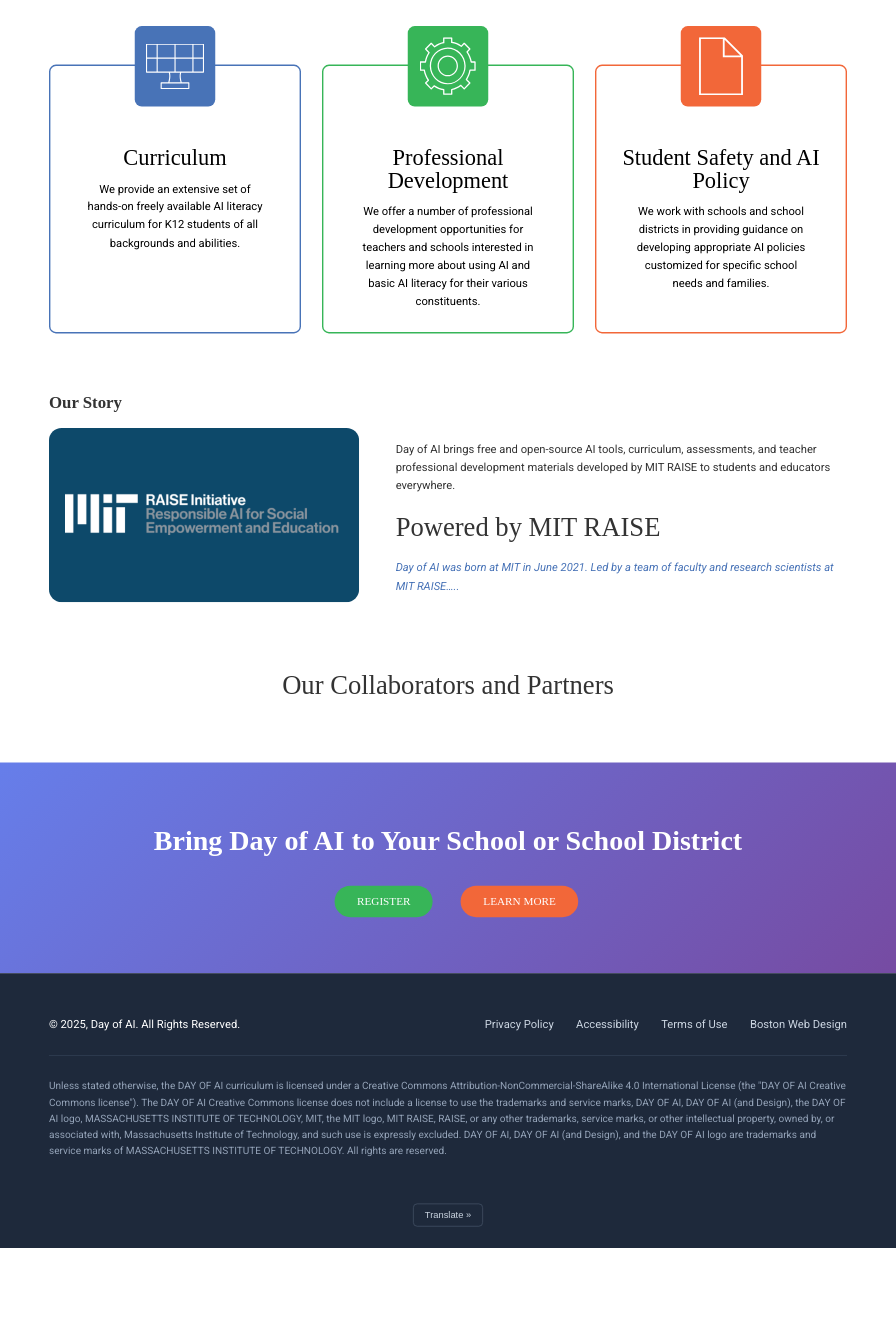
Repository: dinhtri123/dayofai
Page: index.html
An editor plug-in stored every save of this project. The page is shown before and after the next save, followed by the edit.
The browser window is 1280 px wide. The pictures show the part of the page from y = 1496 to 3416 px (the page is 3394 px tall before and 3416 px after), at 70% of full size.
A picture or video elsewhere on the page could not be fetched, so the positions and the page height are approximate. Some web fonts or font styles are not loaded; a fallback is used.

Above is the page before, as saved 2025-06-29 19:21:28.

### index.html
<!DOCTYPE html>
<html lang="en">

<head>
  <meta charset="UTF-8">
  <meta name="viewport" content="width=device-width, initial-scale=1.0">
  <title>Day of AI - AI is for everyone</title>
  <link rel="stylesheet" href="styles.css">
  <link rel="preconnect" href="https://fonts.googleapis.com">
  <link rel="preconnect" href="https://fonts.gstatic.com" crossorigin>
  <link href="https://fonts.googleapis.com/css2?family=Gugi&family=Roboto:ital,wght@0,100..900;1,100..900&display=swap"
    rel="stylesheet">
  <link rel="stylesheet" href="https://cdnjs.cloudflare.com/ajax/libs/font-awesome/6.0.0/css/all.min.css">
</head>

<body>
  <!-- Header -->
  <header class="header">
    <nav class="navbar container">
      <div class="nav-container">
        <div class="nav-logo">
          <img src="./images/logo.svg" alt="Day of AI Logo">
        </div>

        <div class="header-main">
          <div class="header-search">
            <i class="fa-solid fa-magnifying-glass"></i>
            <input type="search" name="search" id="search" placeholder="SEARCH">
          </div>
          <div class="header-menu">
            <ul class="nav-menu">
              <li class="nav-item dropdown">
                <a href="#" class="nav-link">Teachers <i class="fa-solid fa-caret-down"></i></a>
                <ul class="dropdown-menu">
                  <li><a href="#">Curriculum</a></li>
                  <li><a href="#">Seasonal and Monthly Activities</a></li>
                  <li><a href="#">Professional Development</a></li>
                  <li><a href="#">Family Resources</a></li>
                </ul>
              </li>
              <li class="nav-item dropdown">
                <a href="#" class="nav-link">School Administrators <i class="fa-solid fa-caret-down"></i></a>
                <ul class="dropdown-menu">
                  <li><a href="#">Professional Development</a></li>
                  <li><a href="#">Curriculum</a></li>
                  <li><a href="#">Student Safety & AI Policy</a></li>
                  <li><a href="#">Family Resources</a></li>
                </ul>
              </li>
              <li class="nav-item">
                <a href="#" class="nav-link">International</a>
              </li>
              <li class="nav-item">
                <a href="#" class="nav-link">Partners</a>
              </li>
              <li class="nav-item dropdown">
                <a href="#" class="nav-link">About Us <i class="fa-solid fa-caret-down"></i></a>
                <ul class="dropdown-menu">
                  <li><a href="#">Our Team</a></li>
                  <li><a href="#">Our Story</a></li>
                  <li><a href="#">FAQ</a></li>
                  <li><a href="#">News & Impact</a></li>
                </ul>
              </li>
              <li class="nav-item">
                <a href="#" class="nav-link">Contact Us</a>
              </li>
            </ul>
            <div class="nav-buttons">
              <button class="btn btn-primary">Register</button>
            </div>
          </div>
        </div>


        <div class="hamburger">
          <span class="icon-menu">
            <i class="fa-solid fa-bars"></i>
          </span>
          <span class="icon-close">
            <i class="fa-solid fa-xmark"></i>
          </span>
        </div>
      </div>
    </nav>
  </header>

  <main>
    <!-- Hero Section -->
    <section class="hero">
      <div class="hero-video">
        <video src="./images/hero-video-short2.mp4" autoplay muted loop></video>
      </div>
      <div class="container">
        <div class="hero-content">
          <h1 class="hero-title">AI is for everyone.</h1>
          <p class="hero-subtitle">Empower your school and your students to thrive in a world of AI!</p>
          <div class="hero-bottom">
            <h3>Day of AI + Common Sense Media Have Teamed Up for Families!</h3>
            <button class="btn btn-primary">Learn More</button>
          </div>
        </div>
      </div>
    </section>
    <section class="section-desc">
      <div class="container">
        <div class="content-grid">
          <div class="content-item">
            <h2>Day of AI isn't just one day</h2>
            <p>—it's your day to explore AI whenever it fits your schedule! Whether a single lesson or a full event, Day
              of AI can be run at your school over a day, week, month, or year. Feel free to contact us to help you
              decide
              how to bring AI literacy to your students!</p>
          </div>

          <div class="content-item">
            <h2>We work with schools and school districts to:</h2>
            <div class="services-grid">
              <div class="service-card">
                <h3>Create AI literacy programs for all school stakeholders, including students, teachers,
                  administrators,
                  and families.</h3>
                  <img src="./images/line1.webp" alt="">
              </div>
              <div class="service-card">
                <h3>Train and educate teachers on how to use AI and AI-enabled tools to support their work.</h3>
                <img src="./images/line2.webp" alt="">
              </div>
              <div class="service-card">
                <h3>Ensure student safety by developing responsible and equitable AI policies in their school.</h3>
                <img src="./images/line3.webp" alt="">
              </div>
            </div>
          </div>
        </div>
      </div>
    </section>

    <!-- Features Section -->
    <section class="features">
      <div class="container">
        <div class="features-grid">
          <div class="feature-card">
            <div class="feature-icon">
              <img src="./images/service-icon1.svg" alt="">
            </div>
            <h3>Curriculum</h3>
            <p>We provide an extensive set of hands-on freely available AI literacy curriculum for K12 students of all
              backgrounds and abilities.</p>
          </div>

          <div class="feature-card">
            <div class="feature-icon">
              <img src="./images/service-icon2.svg" alt="">
            </div>
            <h3>Professional Development</h3>
            <p>We offer a number of professional development opportunities for teachers and schools interested in
              learning
              more about using AI and basic AI literacy for their various constituents.</p>
          </div>

          <div class="feature-card">
            <div class="feature-icon">
              <img src="./images/service-icon3.svg" alt="">
            </div>
            <h3>Student Safety and AI Policy</h3>
            <p>We work with schools and school districts in providing guidance on developing appropriate AI policies
              customized for specific school needs and families.</p>
          </div>
        </div>
      </div>
    </section>

    <!-- About Section -->
    <section class="about">
      <div class="container">
        <div class="about-content">
          <h2>Our Story</h2>
          <div class="about-inner">
            <div>
              <img src="./images/Raise-2-1.webp" alt="">
            </div>
            <div>
              <p>Day of AI brings free and open-source AI tools, curriculum, assessments, and teacher professional development materials developed by MIT RAISE to students and educators everywhere.</p>
              <h3>Powered by MIT RAISE</h3>
              <a href="">Day of AI was born at MIT in June 2021. Led by a team of faculty and research scientists at MIT RAISE…..</a>
            </div>
          </div>
        </div>
      </div>
    </section>
    <!-- Partners Section -->
    <section class="partners">
      <div class="container">
        <h2 class="title-common">Our Collaborators and Partners</h2>

      </div>
    </section>
    <!-- CTA Section -->
    <section class="cta">
      <div class="container">
        <div class="cta-content">
          <h2>Bring Day of AI to Your School or School District</h2>
          <div class="cta-buttons">
            <button class="btn btn-primary">Register</button>
            <button class="btn btn-secondary">Learn More</button>
          </div>
        </div>
      </div>
    </section>
  </main>

  <!-- Footer -->
  <footer class="footer">
    <div class="container">
      <div class="footer-content">
        <div class="footer-section">
          <p>&copy; 2025, Day of AI. All Rights Reserved.</p>
          <div class="footer-links">
            <a href="#">Privacy Policy</a>
            <a href="#">Accessibility</a>
            <a href="#">Terms of Use</a>
            <a href="#">Boston Web Design</a>
          </div>
        </div>

        <div class="footer-legal">
          <p>Unless stated otherwise, the DAY OF AI curriculum is licensed under a Creative Commons
            Attribution-NonCommercial-ShareAlike 4.0 International License (the "DAY OF AI Creative Commons license").
            The DAY OF AI Creative Commons license does not include a license to use the trademarks and service marks,
            DAY OF AI, DAY OF AI (and Design), the DAY OF AI logo, MASSACHUSETTS INSTITUTE OF TECHNOLOGY, MIT, the MIT
            logo, MIT RAISE, RAISE, or any other trademarks, service marks, or other intellectual property, owned by, or
            associated with, Massachusetts Institute of Technology, and such use is expressly excluded. DAY OF AI, DAY
            OF AI (and Design), and the DAY OF AI logo are trademarks and service marks of MASSACHUSETTS INSTITUTE OF
            TECHNOLOGY. All rights are reserved.</p>
        </div>

        <div class="footer-translate">
          <button class="translate-btn">Translate »</button>
        </div>
      </div>
    </div>
  </footer>

  <script src="script.js"></script>
</body>

</html>

### styles.css
:root {
  --font-family: "Roboto", sans-serif;
  --font-secondary: "Gugi", cursive;
  --color-primary: #4873b7;
  --color-secondary: #37b558;
  --color-third: #f26739;
}
* {
  margin: 0;
  padding: 0;
  box-sizing: border-box;
}

body {
  font-family: var(--font-family);
  line-height: 1.6;
  color: #333;
  overflow-x: hidden;
}

.container {
  max-width: 1170px;
  margin: 0 auto;
  padding: 0 15px;
}
h1,h2,h3,h4,h5,h6{
  font-family: var(--font-secondary);
}

/* Header Styles */
.header {
  background: #fff;
  box-shadow: 0 2px 10px rgba(0, 0, 0, 0.1);
  width: 100%;
}
.header-main {
  display: flex;
  flex-direction: column;
  flex: 1;
}
.header-search {
  display: flex;
  align-items: center;
  justify-content: end;
  border-bottom: 1px solid var(--color-primary);
  height: 35px;
}
.header-search input {
  border: none;
  outline: none;
  width: 100px;
  max-width: 300px;
  height: 100%;
  padding: 0 10px;
  transition: width 1s linear;
}
.header-search i {
  color: var(--color-secondary);
}

.navbar {
  padding: 10px 15px;
}

.nav-container {
  display: flex;
  justify-content: space-between;
  align-items: center;
}
.nav-logo {
  max-width: 160px;
  width: 100%;
  height: auto;
}

.nav-logo img {
  max-width: 90px;
  width: 100%;
  height: auto;
}

.header-menu {
  display: flex;
  align-items: center;
  justify-content: end;
  flex-wrap: wrap;
}
.nav-menu {
  display: flex;
  list-style: none;
  align-items: center;
}

.nav-item {
  position: relative;
}

.nav-link {
  text-decoration: none;
  color: #333;
  font-weight: 500;
  padding: 20px 16px;
  transition: color 0.3s ease;
  display: flex;
  align-items: center;
  gap: 5px;
}

.nav-link:hover {
  color: #2563eb;
}
.nav-link i {
  color: var(--color-primary);
}

.dropdown-menu {
  position: absolute;
  top: 100%;
  left: 0;
  background: #fff;
  box-shadow: 0 4px 20px rgba(0, 0, 0, 0.15);
  border-radius: 8px;
  min-width: 250px;
  width: max-content;
  opacity: 0;
  visibility: hidden;
  transform: translateY(-10px);
  transition: all 0.3s ease;
  list-style: none;
  overflow: hidden;
}

.dropdown:hover .dropdown-menu {
  opacity: 1;
  visibility: visible;
  transform: translateY(0);
}

.dropdown-menu li a {
  display: block;
  padding: 0.75rem 1.5rem;
  color: #333;
  text-decoration: none;
  transition: background-color 0.2s ease;
}

.dropdown-menu li a:hover {
  background-color: var(--color-primary);
  color: #fff;
}

.btn {
  display: flex;
  align-items: center;
  margin-left: 24px;
  font-family: var(--font-secondary);
  background-color: var(--color-secondary);
  color: #fff;
  padding: 0px 32px;
  border-radius: 30px;
  min-height: 45px;
  text-transform: uppercase;
  border: none;
  line-height: 1;
  font-size: 16px;
  transition: all 0.3s ease;
}
.btn-primary {
  background-color: var(--color-secondary);
}
.btn-primary:hover {
  background-color: var(--color-third);
}
.btn-secondary {
  background-color: var(--color-third);
  color: white;
}
.btn-secondary:hover {
  background-color: var(--color-secondary);
}
.bth-third {
  background: transparent;
  color: white;
  border: 1px solid white;
}
.bth-third:hover {
  background-color: var(--color-secondary);
}
.hamburger {
  display: none;
  flex-direction: column;
  cursor: pointer;
}
.hamburger i {
  font-size: 20px;
  color: black;
}

/* Hero Section */
.hero {
  color: #fff;
  position: relative;

  text-align: center;
}
.hero-content {
  position: relative;
  z-index: 1;
  min-height: 500px;
  display: flex;
  flex-direction: column;
  align-items: center;
  justify-content: center;
}
.hero-video {
  position: absolute;
  top: 0;
  left: 0;
  width: 100%;
  height: 100%;
  z-index: -1;
  overflow: hidden;
}
.hero-video::before {
  content: "";
  position: absolute;
  top: 0;
  left: 0;
  width: 100%;
  height: 100%;
  background: rgba(0, 0, 0, 0.5);
}
.hero-video video {
  width: 100%;
}

.hero-title {
  font-size: 64px;
  font-family: var(--font-secondary);
  font-weight: 700;
  margin-bottom: 8px;
  line-height: 1.2;
}

.hero-subtitle {
  font-size: 30px;
  max-width: 500px;
  margin: 0 auto;
}

.hero-bottom {
  display: flex;
  align-items: center;
  justify-content: space-between;
  gap: 16px;
  position: absolute;
  bottom: -30px;
  left: 50%;
  transform: translateX(-50%);
  background: var(--color-third);
  min-height: 60px;
  border-radius: 30px;
  width: 100%;
}
.hero-bottom h3 {
  font-size: 24px;
  color: white;
  padding: 0px 20px;
  font-weight: 300;
}
.hero-bottom button {
  background: var(--color-primary);
  padding: 0px 48px;
  text-transform: uppercase;
  font-family: var(--font-secondary);
  min-height: inherit;
}

.section-desc {
  padding: 100px 0 80px;
}

.content-grid {
  max-width: 950px;
  margin: 0 auto;
  text-align: center;
}
.content-item {
  border-bottom: 1px solid #e2e8f0;
  padding: 15px 0px;
}

.content-item h2 {
  font-size: 38px;
  color: var(--color-primary);
  margin-bottom: 8px;
  font-weight: 500;
}

.content-item p {
  font-size: 24px;
  font-family: var(--font-secondary);
  color: #212539;
}
.services-card {
  text-align: center
}
.service-card h3 {
  color: #212539;
  font-size: 24px;
  font-weight: 600;
}
.service-card img {
  max-width: 300px;
  margin: 0 auto;
}

/* Features Section */
.features {
  padding: 80px 0;
  background: #fff;
}

.features-grid {
  display: grid;
  grid-template-columns: repeat(3, 1fr);
  gap: 30px;
}
.feature-card {
  text-align: center;
  padding: 115px 32px 32px;
  position: relative;
  border: 2px solid var(--color-primary);
  border-radius: 10px;
  color: black;
}
.feature-card .feature-icon {
  position: absolute;
  top: -57px;
  left: 50%;
  transform: translateX(-50%);
  width: 115px;
  height: 115px;
  background: var(--color-primary);
  border-radius: 10px;
  padding: 16px;
}
.feature-card .feature-icon img {
  width: 100%;
  height: 100%;
  object-fit: contain;
  transition: all 0.3s ease;
}
.feature-card:hover .feature-icon img {
  transform: rotate(360deg);
}

.feature-card h3{
  font-size: 32px;
  font-weight: 500;
  margin-bottom: 16px;
  line-height: 1;
}
.feature-card p {
  font-weight: 400;
  padding: 0px 20px;
}
.feature-card:nth-child(2) {
  border-color: var(--color-secondary);
}
.feature-card:nth-child(3) {
  border-color: var(--color-third);
}
.feature-card:nth-child(2) .feature-icon {
  background: var(--color-secondary);
}
.feature-card:nth-child(3) .feature-icon {
  background: var(--color-third);
}


/* About Section */
.about {
  padding-bottom: 80px;;
}


.title-common {
 font-size: 38px;
 text-align: center;
 font-weight: 500;
}

.about-inner {
  display: grid;
  grid-template-columns: 1fr 1.5fr;
  gap: 32px;
  align-items: center;
  margin-top: 16px;
}
.about-inner img {
  width: 100%;
  height: 100%;
  object-fit: cover;
  border-radius: 18px;
  aspect-ratio: 16/9;
}
.about-inner >div:last-child {
  display: flex;
  flex-direction: column;
  gap: 16px;
  padding-left: 20px;
}
.about-inner >div:last-child h3 {
  font-size: 38px;
  font-weight: 500;
}
.about-inner >div:last-child a {
  text-decoration: none;
  color: var(--color-primary);
  font-style: italic;
}
/* Partners Section */
.partners {
  padding-bottom: 80px;
}



/* CTA Section */
.cta {
  padding: 80px 0;
  background: linear-gradient(135deg, #667eea 0%, #764ba2 100%);
  color: #fff;
  text-align: center;
}

.cta-content h2 {
  font-size: 2.5rem;
  font-weight: 600;
  margin-bottom: 2rem;
}

.cta-buttons {
  display: flex;
  gap: 1rem;
  justify-content: center;
  flex-wrap: wrap;
}

/* Footer */
.footer {
  background: #1e293b;
  color: #fff;
  padding: 60px 0 30px;
}

.footer-content {
  display: grid;
  gap: 2rem;
}

.footer-section {
  display: flex;
  justify-content: space-between;
  align-items: center;
  flex-wrap: wrap;
  gap: 1rem;
}

.footer-links {
  display: flex;
  gap: 2rem;
  flex-wrap: wrap;
}

.footer-links a {
  color: #cbd5e1;
  text-decoration: none;
  transition: color 0.3s ease;
}

.footer-links a:hover {
  color: #fff;
}

.footer-legal {
  border-top: 1px solid #334155;
  padding-top: 2rem;
}

.footer-legal p {
  font-size: 0.9rem;
  color: #94a3b8;
  line-height: 1.6;
}

.footer-translate {
  text-align: center;
  padding-top: 2rem;
}

.translate-btn {
  background: transparent;
  color: #cbd5e1;
  border: 1px solid #475569;
  padding: 0.5rem 1rem;
  border-radius: 6px;
  cursor: pointer;
  transition: all 0.3s ease;
}

.translate-btn:hover {
  background: #475569;
  color: #fff;
}

/* Responsive Design */
@media (max-width: 768px) {
  .header-main {
    position: absolute;
    top: 100%;
    left: 0px;
    flex-direction: column;
    background-color: #fff;
    width: 100%;
    text-align: center;
    transition: 0.3s;
    box-shadow: 0 10px 27px rgba(0, 0, 0, 0.05);
    z-index: 1000;
    display: none;
  }
  .header-main.active {
    display: flex;
  }
  .nav-menu.active {
    left: 0;
  }
  .header-search {
    padding: 0px 15px;
  }
  .navbar {
    padding: 10px 15px !important;
  }
  .nav-menu li {
    width: 100%;
  }
  .nav-logo img {
    max-width: 50px;
  }
  .nav-link {
    justify-content: space-between;
  }
  .header-search input {
    width: 100%;
    max-width: 100%;
  }
  .dropdown-menu {
    position: static;
    opacity: 1;
    visibility: visible;
    transform: none;
    box-shadow: none;
    width: 100%;
    display: none;
  }
  .dropdown-menu.active {
    display: block;
  }
  .dropdown-menu li a {
    text-align: left;
    padding: 10px 16px;
    border-bottom: 1px solid #e2e8f0;
  }
  .nav-menu > li {
    border-bottom: 1px solid #e2e8f0;
  }
  .hamburger {
    display: flex;
    width: 40px;
    height: 40px;
    align-items: center;
    justify-content: center;
  }
  .nav-menu {
    flex-direction: column;
    width: 100%;
  }
  .header-menu {
    justify-content: start;
  }
  .icon-close {
    display: none;
  }
  .hamburger.active .icon-menu {
    display: none;
  }

  .hamburger.active .icon-close {
    display: block;
  }

  .nav-buttons {
    display: none;
  }

  .hero-title {
    font-size: 2.5rem;
  }

  .hero-subtitle {
    font-size: 1.1rem;
  }

  .content-item h2,
  .about-content h2,
  .cta-content h2 {
    font-size: 2rem;
  }

  .services-grid,
  .features-grid {
    grid-template-columns: 1fr;
  }

  .footer-section {
    flex-direction: column;
    text-align: center;
  }

  .footer-links {
    justify-content: center;
  }

  .cta-buttons {
    flex-direction: column;
    align-items: center;
  }

  .cta-buttons .btn {
    width: 100%;
    max-width: 300px;
  }
}

@media (max-width: 480px) {
  .container {
    padding: 0 15px;
  }

  .hero {
    padding: 100px 0 60px;
  }

  .hero-title {
    font-size: 2rem;
  }

  .main-content,
  .features,
  .about,
  .cta {
    padding: 60px 0;
  }

  .service-card,
  .feature-card {
    padding: 1.5rem;
  }
}

/* Animations */
@keyframes fadeInUp {
  from {
    opacity: 0;
    transform: translateY(30px);
  }
  to {
    opacity: 1;
    transform: translateY(0);
  }
}

### script.js
// Header Search
const media = window.matchMedia("(min-width: 768px)");
if (media.matches) {
  const searchInput = document.querySelector(".header-search input");

  searchInput.addEventListener("click", () => {
    searchInput.style.width = "100%";
  });
  document.addEventListener("click", (e) => {
    if (!searchInput.contains(e.target)) {
      searchInput.style.width = "100px";
    }
  });
}
if (!media.matches) {
  const dropdownMenu = Array.from(document.querySelectorAll(".nav-item.dropdown"));
  dropdownMenu.map(item => {
    item.addEventListener("click", () => {
      item.querySelector(".dropdown-menu").classList.toggle("active");
    })
  })
}

// Mobile Navigation Toggle
const hamburger = document.querySelector(".hamburger");
const headerMain = document.querySelector(".header-main");

hamburger.addEventListener("click", () => {
  if(hamburger.classList.contains("active")){
    hamburger.classList.remove("active");
    headerMain.classList.remove("active");
  } else {
    hamburger.classList.add("active");
    headerMain.classList.add("active");
  }
});

After the next save:
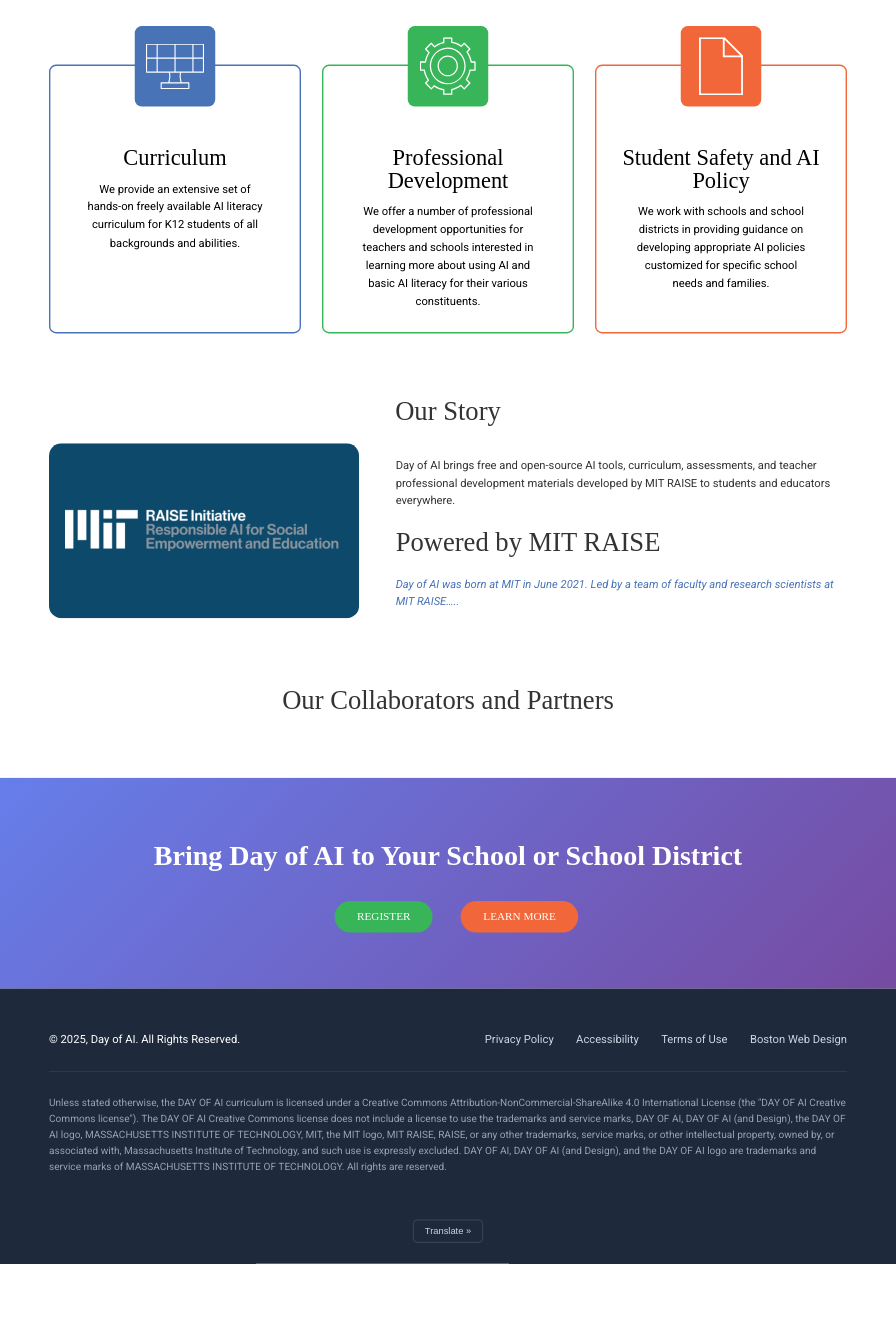
Saved 4 s later.
--- a/index.html
+++ b/index.html
@@ -175,7 +175,7 @@
     <section class="about">
       <div class="container">
         <div class="about-content">
-          <h2>Our Story</h2>
+          <h2 class="title-common">Our Story</h2>
           <div class="about-inner">
             <div>
               <img src="./images/Raise-2-1.webp" alt="">
